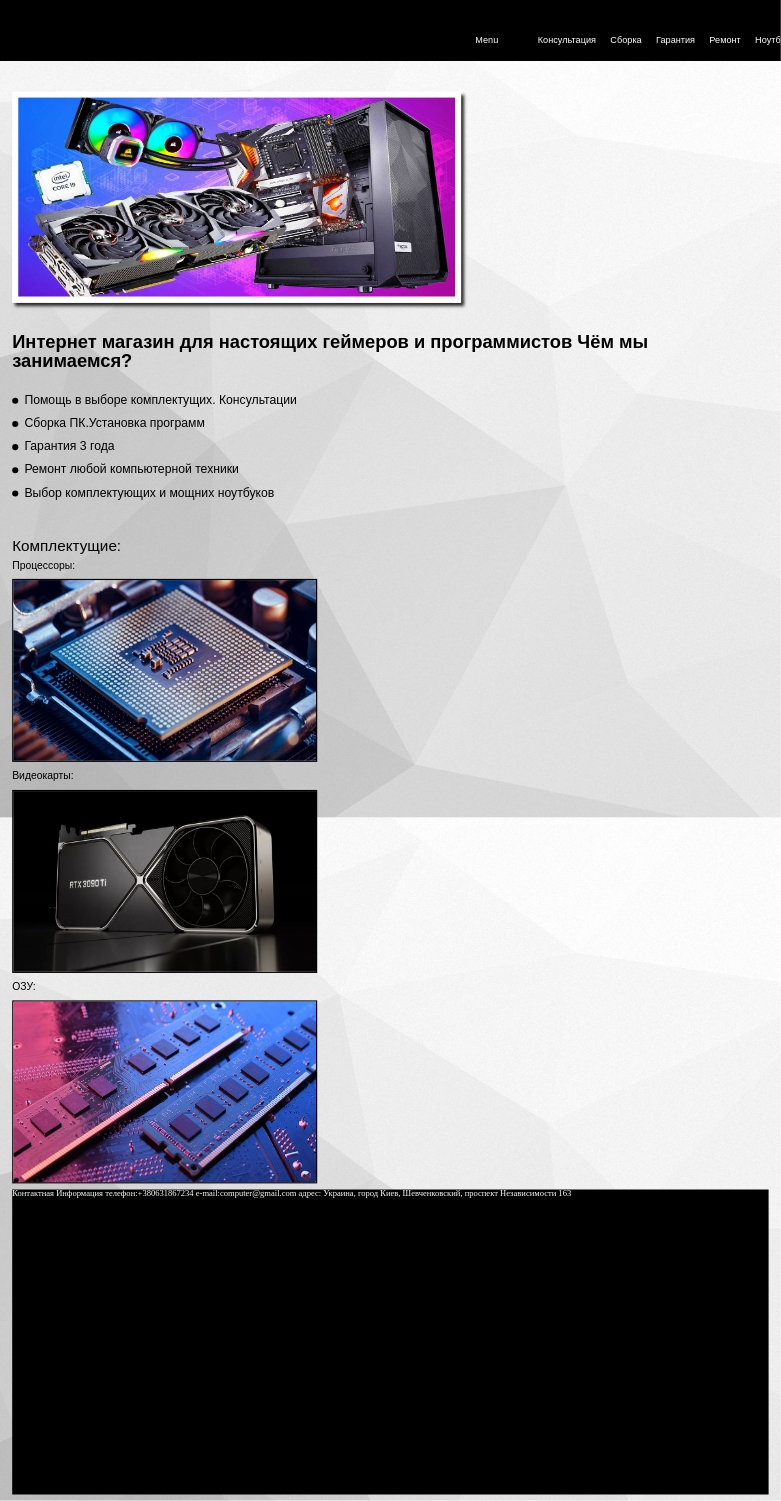
Repository: Bohdan-Sandovenko/First-Project-Flex
Page: index.html
An editor plug-in stored every save of this project. The page is shown before and after the next save, followed by the edit.
The browser window is 1280 px wide. The pictures show the whole page, at 61% of full size.
The style sheet was rebuilt from its Sass, Less or Tailwind sources for each picture, by a compiler version that may differ from the author's.

Above is the page before, as saved 2024-07-29 00:21:05.

### index.html
<!DOCTYPE html>
<html lang="en">
<head>
    <meta charset="UTF-8">
    <meta name="viewport" content="width=device-width, initial-scale=1.0">
    <link rel="stylesheet" href="css/style.css">
    <title>Document</title>
</head>
<body>
    <header class="top-of-site">
        <nav class="nav-links-of-top">
            <button class="button-menu">Menu</button>
            <a href="">Консультация</a>
            <a href="">Сборка</a>
            <a href="">Гарантия</a>
            <a href="">Ремонт</a>
            <a href="">Ноутбуки</a>
        </nav>
    </header>
    <main class="content">
        <div class="content-top">
            <div class="content-top-image-block">
                <img src="images/first images.jpg" alt="sorry" class="content-top-image">
            </div>
            <span class="content-top-text-inside">Интернет магазин для настоящих геймеров и программистов
            Чём мы занимаемся?</span>
            <ul class="content-top-list">
                <li>Помощь в выборе комплектущих. Консультации</li>
                <li>Сборка ПК.Установка программ</li>
                <li>Гарантия 3 года</li>
                <li>Ремонт любой компьютерной техники</li>
                <li>Выбор комплектующих и мощних ноутбуков</li>
            </ul>
        </div>
        <div class="content-bottom">
            Комплектущие:
            <div class="content-photo-compotent-bottom">
                Процессоры: <br> <img src="images/CPU.jpg" alt="" class="img-component-bottom"> <br>
                Видеокарты: <br> <img src="images/GPU.jpg" alt="" class="img-component-bottom"> <br>
                ОЗУ: <br> <img src="images/RAM.jpg" alt="" class="img-component-bottom"> <br>
            </div>
        </div>
        <footer class="footer">
            Контактная Информация
            телефон:+380631867234
            e-mail:computer@gmail.com
            адрес: Украина, город Киев, Шевченковский, проспект Независимости 163
        </footer>
    </main>
</body>
</html>

### css/style.scss
@import "nullstyles.scss";
$color-black: black;
$color-white: white;
$color-green: rgb(5, 132, 132);
$color-grey: rgb(196, 199, 199);
$color-content: rgb(235, 235, 235);
$font-family-top: Arial, Helvetica, sans-serif;
$font-weight-header: 400;
$back-color-list-before: black;

%styles-link-top {
    margin: 0 40px 0px 0px;
    height: 30px;
    width: 80px;
    border-radius: 5px;
    background-color: $color-black;
    color: $color-white;
    font-family: $font-family-top;
    font-weight: $font-weight-header;
    font-size: 15px;
}

.top-of-site {
    width: 100%;
    height: 100px;
    background-color: black;
    padding: 50px;
    position: fixed;

    .nav-links-of-top {
        position: relative;
        top: 50%;
        right: -60%;

        .button-menu {
            // margin: 0 40px 0px 0px;
            // height: 30px;
            // width: 80px;
            // border-radius: 5px;
            // background-color: $color-black;
            // color: $color-white;
            // font-family: $font-family-top;
            // font-weight: $font-weight-header;
            // font-size: 15px;
            @extend %styles-link-top;

            &:hover {
                opacity: 0.9;
                border: 1px solid $color-green;
            }

            &:active {
                width: 79.5px;
                color: $color-grey;
            }

        }
    }

    a {
        padding: 0 20px 0 0;
        color: $color-white;
        font-family: Arial, Helvetica, sans-serif;
        font-weight: 400;
        font-size: 15px;
    }
}

////////////////////////////////////////////////////////////////////////////////////////////////
.content {
    padding: 100px 20px 10px 20px;
    background: url('../images/background-1.jpg');

    .content-top {
        margin-bottom: 50px;

        .content-top-image-block {
            margin: 50px 0px 50px 0px;

            .content-top-image {
                width: 736px;
                height: 346px;
                border: 10px solid $color-white;
                box-shadow: 5px 5px 5px rgb(41, 41, 41);
            }
        }

        .content-top-text-inside {
            font-family: $font-family-top;
            font-weight: 700;
            font-size: 30px;
        }

        .content-top-list {
            margin-top: 30px;
        }

        .content-top-list li {
            font-family: $font-family-top;
            font-size: 20px;
            line-height: 1.9;

            &::before {
                content: "";
                border-radius: 50%;
                width: 10px;
                height: 10px;
                background-color: $back-color-list-before;
                display: inline-block;
                margin-right: 10px;
            }

            &:nth-child(1):hover {
                font-size: 21px;
                font-weight: bold;
            }

            &:nth-child(2):hover {
                font-size: 21px;
                font-weight: bold;
            }

            &:nth-child(3):hover {
                font-size: 21px;
                font-weight: bold;
            }

            &:nth-child(4):hover {
                font-size: 21px;
                font-weight: bold;
            }

            &:nth-child(5):hover {
                font-size: 21px;
                font-weight: bold;
            }

            &:hover::before {
                background-color: rgb(140, 4, 4);
            }
        }
    }

    ///content bottom
    .content-bottom {
        line-height: 1.5;

        &::first-line {
            font-family: $font-family-top;
            font-weight: 500;
            font-size: 25px;
        }

        .content-photo-compotent-bottom {
            font-family: $font-family-top;
            font-weight: 300;
            font-size: 17px;

            .img-component-bottom {
                height: 300px;
                width: 500px;
                border: 2px solid black;
                margin: 10px 0px 10px 0px;
            }
        }
    }

    //content footer
    .footer {
        height: 500px;
        width: 100%;
        background-color: black;
        color: $color-white;
    }
}

### css/nullstyles.scss
* {
    padding: 0;
    margin: 0;
    border: 0;
}


*,
*:before,
*:after {
    -webkit-box-sizing: border-box;
    -moz-box-sizing: border-box;
    box-sizing: border-box;
}


:focus,
:active {
    outline: none;
}

a:focus,
a:active {
    outline: none;
}


nav,
footer,
header,
aside {
    display: block;
}


html,
body {
    height: 100%;
    width: 100%;
    font-size: 100%;
    line-height: 1;
    font-size: 14px;
    -ms-text-size-adjust: 100%;
    -moz-text-size-adjust: 100%;
    -webkit-text-size-adjust: 100%;
}


input,
button,
textarea {
    font-family: inherit;
}


input::-ms-clear {
    display: none;
}

button {
    cursor: pointer;
}

button::-moz-focus-inner {
    padding: 0;
    border: 0;
}

a,
a:visited {
    text-decoration: none;
}

a:hover {
    text-decoration: none;
}

ul li {
    list-style: none;
}

img {
    vertical-align: top;
}

h1,
h2,
h3,
h4,
h5,
h6 {
    font-size: inherit;
    font-weight: 400;
}

After the next save:
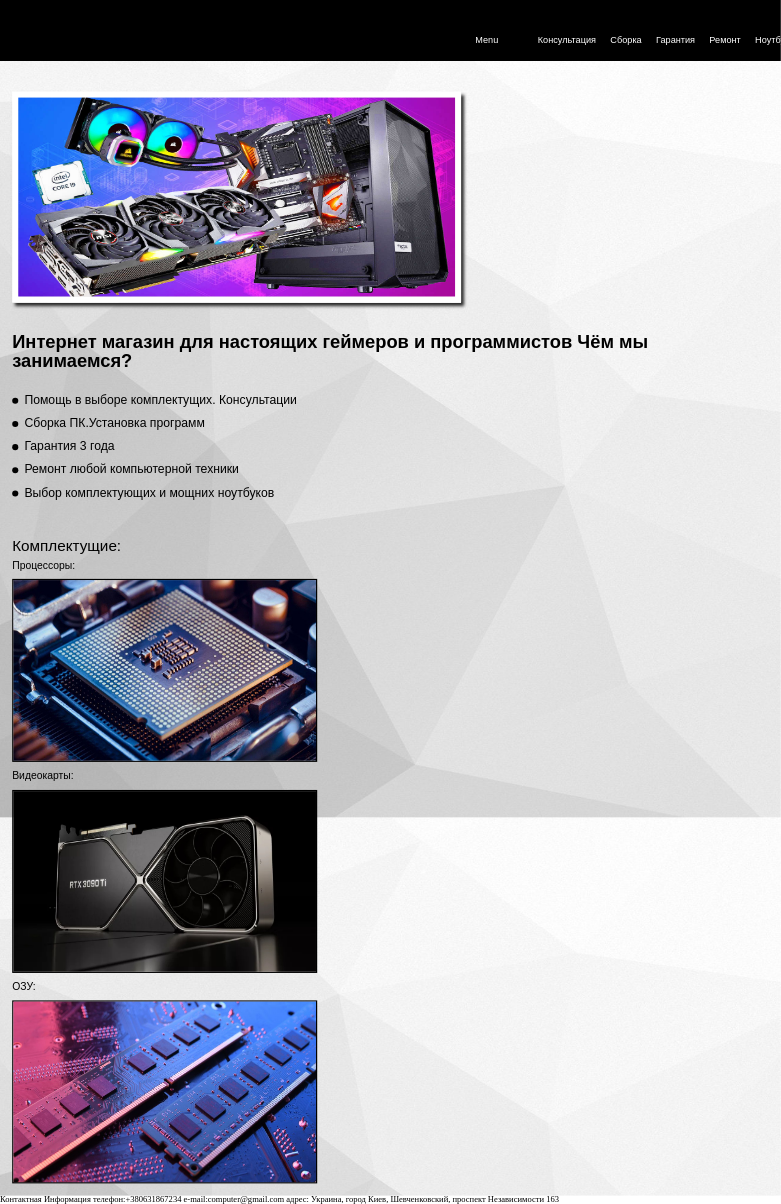
Saved 83 s later.
--- a/index.html
+++ b/index.html
@@ -40,12 +40,12 @@
                 ОЗУ: <br> <img src="images/RAM.jpg" alt="" class="img-component-bottom"> <br>
             </div>
         </div>
-        <footer class="footer">
-            Контактная Информация
-            телефон:+380631867234
-            e-mail:computer@gmail.com
-            адрес: Украина, город Киев, Шевченковский, проспект Независимости 163
-        </footer>
     </main>
+    <footer class="footer">
+        Контактная Информация
+        телефон:+380631867234
+        e-mail:computer@gmail.com
+        адрес: Украина, город Киев, Шевченковский, проспект Независимости 163
+    </footer>
 </body>
 </html>
